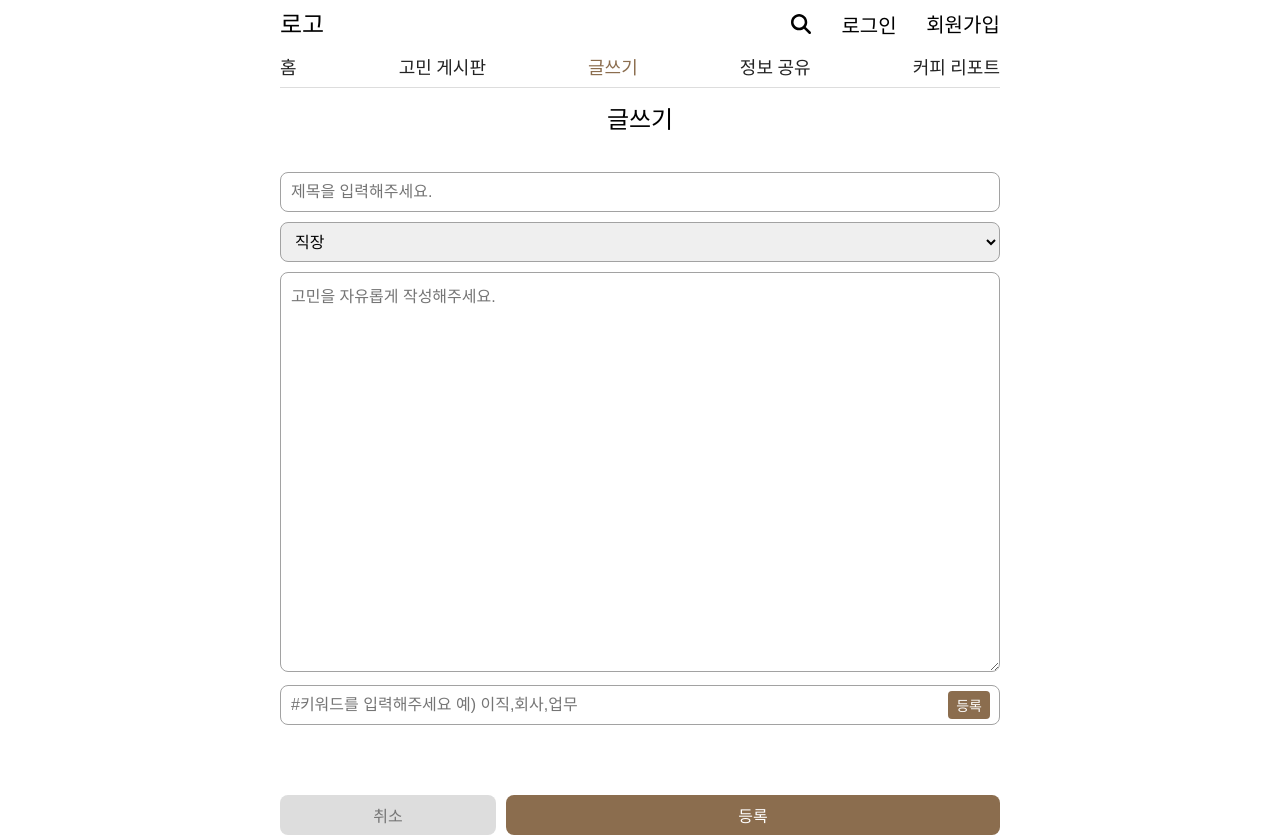
Repository: zlazlazla35/coffee
Page: /writing
These files come from the project's save history. The page is drawn as it stood at one moment and after the next save; the edit follows.
The browser window is 1280 px wide. The pictures show the whole page.
The page's requests for data from a server got no answer. Some web fonts or font styles are not loaded; a fallback is used. The project was rebuilt for these pictures with package versions that can differ from the ones it lists, and the page was loaded fresh each time. The framework's server and built-in components were replaced by stand-ins that run in the browser. No one was signed in, and anything a server would have sent is missing. Also part of the build but not shown: next.config.mjs, src/app/LogOutButton.js.

Above is the page before, as saved 2025-01-08 17:19:07.

### src/app/layout.js
import { Geist, Geist_Mono } from "next/font/google";
import "./globals.css";
import Link from "next/link";
import { FontAwesomeIcon } from '@fortawesome/react-fontawesome'
import { faMagnifyingGlass, faUser } from '@fortawesome/free-solid-svg-icons'
import NavMenu from "./component/NavMenu";
import LoginButton from "./LoginButton";
import { getServerSession } from "next-auth";
import { authOptions } from "../../pages/api/auth/[...nextauth]";
import LogOutButton from "./LogOutButton";

const geistSans = Geist({
  variable: "--font-geist-sans",
  subsets: ["latin"],
});

const geistMono = Geist_Mono({
  variable: "--font-geist-mono",
  subsets: ["latin"],
});

export const metadata = {
  title: "Create Next App",
  description: "Generated by create next app",
};




export default async function RootLayout({ children }) {


const loginData = await getServerSession(authOptions);




  return (
    <html lang="en">
      <body className={`${geistSans.variable} ${geistMono.variable}`}>
        <div className="nav_bar">
          <div className="nav_bar_top">
            <Link className="logo" href={'/'}>로고</Link>
            <div className="userBox">
              <button>
                <FontAwesomeIcon icon={faMagnifyingGlass} />
              </button>
                {
                  loginData == null ? <LoginButton/> : <LogOutButton/>
                }
                {
                  loginData == null ? <Link href={'/join'}>회원가입</Link> : null
                }
            </div>
          </div>
          <div className="nav_bar_bottom">
            <NavMenu></NavMenu>
          </div>
        </div>
        {children}
      </body>
    </html>
  );
}

### src/app/writing/page.js
'use client'

import { useState } from "react"


export default function Writing() {
    const option = [
        { value: 0, label: '직장' },
        { value: 1, label: '연애' },
        { value: 2, label: '취업/진로' },
        { value: 3, label: '가족' },
        { value: 4, label: '결혼/육아' },
        { value: 5, label: '친구' },
        { value: 6, label: '학업/고시' },
        { value: 7, label: '중독' },
        { value: 8, label: '사업/금전' },
        { value: 9, label: '질병/질환' }
    ]


    let [title, setTitle] = useState('');
    let [content, setContent] = useState('');
    let [time, setTime] = useState('');
    let [category, setCategory] = useState('');
    let [keyword, setKeyword] = useState('');
    let [keyword2, setKeyword2] = useState('');


    //현재 날짜
    const today = new Date();
    const formattedDate = `${today.getFullYear()}-${today.getMonth() + 1}-${today.getDate()}`;

    //현재시간 가져오기
    const currentTimer = () => {
        const hours = String(today.getHours()).padStart(2, "0");
        const minutes = String(today.getMinutes()).padStart(2, "0");
        setTime(`${hours}:${minutes}  `)
    }
    const startTimer = () => {
        setInterval(currentTimer, 1000)
    }
    startTimer()


    //카테고리 셀렉값 가져오기
    const handleSelect = (e) => {
        setCategory(e.target.value);
    };


    //키워드 반점 포함되어있는지 검사 후 배열로 변환
    const keyWordHandler = (keyword) => {
        const keyWord_regex = /,/;
        if (keyWord_regex.test(keyword)) {
            const str = keyword;
            const noSpaces = str.replace(/\s/g, '');
            const arr = noSpaces.split(",");
            setKeyword2(arr)
        } else {
            alert('예시에 맞게 작성해주세요.')
        }
    }





    return (
        <div className="writing">
            <h2 className="title">글쓰기</h2>
            <input type="text" name="name" placeholder="제목을 입력해주세요." onChange={(e) => {
                setTitle(e.target.value);
            }} />
            <select onChange={handleSelect} value={category}>
                {
                    option.map((data, i) => {
                        return (
                            <option key={i} value={data.label}>{data.label}</option>
                        )
                    })
                }
            </select>
            <textarea placeholder="고민을 자유롭게 작성해주세요." onChange={(e) => {
                setContent(e.target.value);
            }} />
            <div className="keyWord_box">
                <input type="text" placeholder="#키워드를 입력해주세요 예) 이직,회사,업무" onChange={(e) => { setKeyword(e.target.value) }} />
                <button className="keyWord_btn" type="submit" onClick={() => {
                    keyWordHandler(keyword);
                }}>등록</button>
            </div>
            <div className="bottom_butBox">
                <button className="back">취소</button>
                <button className="complete" type="submit" onClick={() => {
                    fetch('/api/auth/writing', {
                        method: 'POST',
                        body: JSON.stringify({
                            title: title,
                            content: content,
                            date: formattedDate,
                            time: time,
                            keyword: keyword2,
                            category: category
                        })
                    }).then((res) => {
                        return res.jon()
                    }).then((result) => {
                        alert(result)
                    })
                }}>등록</button>
            </div>
        </div>
    )
}

### src/app/globals.css
@font-face {
    font-family: 'Ownglyph_StudyHard-Rg';
    src: url('https://fastly.jsdelivr.net/gh/projectnoonnu/2411-3@1.0/Ownglyph_StudyHard-Rg.woff2') format('woff2');
    font-weight: normal;
    font-style: normal;
}
@import url(https://cdn.jsdelivr.net/gh/moonspam/NanumSquare@1.0/nanumsquare.css);
/* /styles/reset.css */
body {font-family: 'Ownglyph_StudyHard-Rg' !important;}
html, body, div, span, applet, object, iframe,
h1, h2, h3, h4, h5, h6, p, blockquote, pre,
a, abbr, acronym, address, big, cite, code,
del, dfn, em, img, ins, kbd, q, s, samp,
small, strike, strong, sub, sup, tt, var,
b, u, i, center,
dl, dt, dd, ol, ul, li,
fieldset, form, label, legend,
table, caption, tbody, tfoot, thead, tr, th, td,
article, aside, canvas, details, embed,
figure, figcaption, footer, header, hgroup,
menu, nav, output, ruby, section, summary,
time, mark, audio, video {
	margin: 0;
	padding: 0;
	border: 0;
	font-size: 100%;
	font: inherit;
	vertical-align: baseline;
}
/* HTML5 display-role reset for older browsers */
article, aside, details, figcaption, figure,
footer, header, hgroup, menu, nav, section {
	display: block;
}
body {
	line-height: 1;
}
ol, ul {
	list-style: none;
}
blockquote, q {
	quotes: none;
}
blockquote:before, blockquote:after,
q:before, q:after {
	content: '';
	content: none;
}
table {
	border-collapse: collapse;
	border-spacing: 0;
}
input:focus {outline: none;}
a {text-decoration: none; color: inherit;}

input {font-family: 'NanumSquare', sans-serif !important;}
textarea {font-family: 'NanumSquare', sans-serif !important;}
select {font-family: 'NanumSquare', sans-serif !important; outline: none !important;}

.nav_bar {width: 100%; max-width: 720px; margin: 0 auto;}
.nav_bar .nav_bar_top {width: 100%; display: flex; align-items: center; justify-content: space-between; box-sizing: border-box; padding: 10px 0; }
.nav_bar .nav_bar_top .logo {font-size: 24px; }
.nav_bar .nav_bar_top .userBox {display: flex; align-items: center; width: 50%; justify-content: flex-end;}
.nav_bar .nav_bar_top .userBox a {width: 100%;  max-width: 74px; font-size: 20px; text-align: center;}
.nav_bar .nav_bar_top .userBox .userLogin{font-size: 18px; margin-right: 10px;}
.nav_bar .nav_bar_top .userBox button {width: 100%; max-width: 22px; display: block; background: none; border: none; padding: 0;}
.nav_bar .nav_bar_top .userBox button {margin-right: 20px;}
.nav_bar .nav_bar_top .userBox button svg {font-size: 20px;}
.nav_bar .nav_bar_top .userBox button:last-child {margin-right: 0;}
.nav_bar .nav_bar_top .userBox button.loginBtn {width: 100%;  max-width: 74px; font-size: 20px; font-family: 'Ownglyph_StudyHard-Rg' !important;}
.nav_bar .nav_bar_bottom {width: 100%; }
.nav_bar .nav_bar_bottom .nav_list {display: flex; align-items: center; justify-content: space-between; box-sizing: border-box; padding: 10px 0; border-bottom: 1px solid #ddd;}
.nav_bar .nav_bar_bottom .nav_list li { font-size: 18px; color: #232323; }
.nav_bar .nav_bar_bottom .nav_list li a.active {color: #8b6d4e; }


.liset_page {width: 100%; max-width: 720px; margin: 0 auto;}
.liset_page .top_border {width: 100%; max-width: 650px; border: 2px solid #8b6d4e; border-radius: 12px; display: flex; align-items: center; justify-content: center; font-size: 16px; box-sizing: border-box; padding: 4px; margin: 20px auto 30px;}
.liset_page .tag {width: 100%;}
.liset_page .tag .tag_list {width: 100%; display: flex; align-items: center; white-space: nowrap; overflow-x: scroll;}
.liset_page .tag .tag_list::-webkit-scrollbar {height: 8px;}
.liset_page .tag .tag_list::-webkit-scrollbar-thumb {background: #a89f96; border-radius: 10px; }
.liset_page .tag .tag_list::-webkit-scrollbar-track {background: rgba(123, 87, 8, 0.1); }
.liset_page .tag .tag_list li {background: #ddd; font-size: 16px; box-sizing: border-box; padding: 4px 8px; border-radius: 12px; margin-right: 10px; cursor: pointer;}
.liset_page .tag .tag_list li:last-child {margin-right: 0;}
.liset_page .tag .tag_list li.on {background: #8b6d4e; color: #fff;}
.liset_page .filterBox {width: 100%; display: flex; align-items: center; justify-content: space-between;}
.liset_page .filterBox .filterSelectBox {display: flex; position: relative; border: 1px solid #8f8f8f; border-radius: 10px; width: 100%; max-width: 69px; height: 28px; align-items: center; justify-content: center; margin: 20px 0; cursor: pointer;}
.liset_page .filterBox .filterSelectBox .title {font-size: 16px; color: #8f8f8f;}
.liset_page .filterBox .filterSelectBox .title svg {font-size: 14px; margin-left: 4px;}
.liset_page .filterBox .filterSelectBox .filterSelect {position: absolute; left: 50%; top: 34px; width: 100%; transform: translateX(-50%); border-radius: 8px; overflow: hidden; background: #fff; z-index: 999;}
.liset_page .filterBox .filterSelectBox .filterSelect {width: 100%; box-shadow: 2px 2px 12px rgba(0, 0, 0, 0.2);}
.liset_page .filterBox .filterSelectBox .filterSelect li {width: 100%; text-align: center; box-sizing: border-box; padding: 6px 0; border-bottom: 1px solid #ddd; font-size: 16px; color: #8f8f8f;}
.liset_page .filterBox .tag_reset{display: inline-block; box-sizing: border-box; padding: 4px; border: 1px solid #8f8f8f; background: none; color: #8f8f8f; font-size: 14px; border-radius: 10px;}


.liset_page .list_card {width: 100%; box-sizing: border-box; padding: 10px; border: 1px solid #232323; border-radius: 12px; margin-bottom: 40px; cursor: pointer;}
.liset_page .list_card .list_card_top {width: 100%; display: flex; align-items: center; justify-content: space-between; margin-bottom: 20px;}
.liset_page .list_card .list_card_top .title {display: inline-block; box-sizing: border-box; padding: 6px 16px; font-size: 14px; background: #8b6d4e; color: #fff; border-radius: 4px;}
.liset_page .list_card .list_card_top .bookIcon {display: inline-block;}
.liset_page .list_card .list_card_top .bookIcon svg {font-size: 20px;}
.liset_page .list_card .userText {width: 100%;}
.liset_page .list_card .userText .userTitle {font-size: 20px; font-weight: 600; margin-bottom: 4px;}
.liset_page .list_card .userText .userId {font-size: 14px; color: #a2a2a2;}
.liset_page .list_card .userText .text {margin-top: 40px; font-size: 18px; white-space:pre-wrap ; text-overflow: ellipsis;    display: -webkit-box; -webkit-line-clamp: 3; -webkit-box-orient: vertical; overflow: hidden;}
.liset_page .list_card .list_card_bottom {width: 100%; display: flex; align-items: center; justify-content: space-between; margin-top: 40px;}
.liset_page .list_card .list_card_bottom .tag {display: flex; align-items: center;}
.liset_page .list_card .list_card_bottom .tag li {font-size: 16px; margin-right: 10px; color: #8b6d4e;}
.liset_page .list_card .list_card_bottom .comment {display: flex; align-items: center; justify-content: flex-end; font-size: 16px; color: #a2a2a2;}
.liset_page .list_card .list_card_bottom .comment  svg {font-size: 20px; margin-right: 4px; color: #8b6d4e;}



.writing {width: 100%; max-width: 720px; margin: 0 auto; text-align: center;}
.writing .title {font-size: 24px; margin: 20px 0 40px;}
.writing {width: 100%;}
.writing input {width: 100%; height: 40px; box-sizing: border-box; padding: 10px; font-size: 16px;  border-radius: 8px; border: 1px solid #a2a2a2;}
.writing .bottom_butBox {width: 100%; display: flex; align-items: center; justify-content: space-between; margin-top: 70px;}
.writing button.complete {width: calc(70% - 10px); height: 40px; background: #8b6d4e; color: #fff; font-size: 16px; border: none; border-radius: 8px; }
.writing button.back {width: 30%;  height: 40px; background: #ddd; color: #757575; font-size: 16px; border: none; border-radius: 8px; margin-right: 10px;}
.writing select {width: 100%; height: 40px; box-sizing: border-box; padding: 10px; font-size: 16px; margin: 10px 0; border-radius: 8px; border: 1px solid #a2a2a2;}
.writing textarea {width: 100%; height: 400px; box-sizing: border-box; padding: 10px; font-size: 16px; margin-bottom: 10px; border-radius: 8px; border: 1px solid #a2a2a2;}
.writing .keyWord_box {position: relative; margin-bottom: 10px;}
.writing .keyWord_box .keyWord_btn{position: absolute; right: 10px; top: 50%; transform: translateY(-50%); margin: 0; padding: 4px 8px; background: #8b6d4e; color: #fff; font-size: 14px; border: none; border-radius: 4px;}

### src/app/component/NavMenu.js
'use client'

import Link from "next/link";
import { usePathname } from "next/navigation";

export default function NavMenu() {
    const pathname = usePathname();

    return (
        <ul className="nav_list">
            <li>
                <Link href={'/'}>홈</Link>
            </li>
            <li>
                <Link className={pathname == '/list'? 'active' : null} href={'/list'}>고민 게시판</Link>
            </li>
            <li>
                <Link className={pathname == '/writing'? 'active' : null} href={'/writing'}>글쓰기</Link>
            </li>
            <li>
                <Link className={pathname == '/share'? 'active' : null} href={'/share'}>정보 공유</Link>
            </li>
            <li>
                <Link className={pathname == '/report'? 'active' : null} href={'/report'}>커피 리포트</Link>
            </li>
        </ul>
    )
}

### src/app/LoginButton.js
"use client";
import { signIn } from "next-auth/react";
import { FontAwesomeIcon } from '@fortawesome/react-fontawesome'
import { faUser } from '@fortawesome/free-solid-svg-icons'


export default function LoginButton() {
    return (
        <button className="loginBtn" onClick={() => { signIn(); }}>
            로그인
        </button>
    )
}

### pages/api/auth/[...nextauth].js

import { connectDB } from "../../../utill/database";
import { MongoDBAdapter } from "@next-auth/mongodb-adapter";
import NextAuth, { getServerSession } from "next-auth";
import GithubProvider from "next-auth/providers/github";
import CredentialsProvider from "next-auth/providers/credentials";
import bcrypt from "bcrypt";






export const authOptions = {


  providers: [
    GithubProvider({
      clientId: 'Ov23liQhKFsCYfEF01pm',
      clientSecret: '1b2a947c09b799f2f4cdc959298391cf7b81e72f',
    }),

    CredentialsProvider({
      //1. 로그인페이지 폼 자동생성해주는 코드
      name: "credentials",
      credentials: {
        email: { label: "email", type: "text" },
        password: { label: "password", type: "password" },
      },

      //2. 로그인요청시 실행되는코드
      //직접 DB에서 아이디,비번 비교하고
      //아이디,비번 맞으면 return 결과, 틀리면 return null 해야함
      async authorize(credentials) {
        let db = (await connectDB).db('coffee');
        let user = await db.collection('user_cred').findOne({ email: credentials.email })
        if (!user) {
          console.log('가입되어있는 이메일이 없습니다.');
          return null
        }
        const pwcheck = await bcrypt.compare(credentials.password, user.password);
        if (!pwcheck) {
          console.log('비밀번호를 확인해주세요.');
          return null
        }
        return user
      }
    })
  ],

  //3. jwt 써놔야 잘됩니다 + jwt 만료일설정
  session: {
    strategy: 'jwt',
    maxAge: 30 * 24 * 60 * 60 //30일
  },


  callbacks: {
    //4. jwt 만들 때 실행되는 코드
    //user변수는 DB의 유저정보담겨있고 token.user에 뭐 저장하면 jwt에 들어갑니다.
    jwt: async ({ token, user }) => {
      if (user) {
        token.user = {};
        token.user.name = user.name
        token.user.email = user.email
      }
      return token;
    },
    //5. 유저 세션이 조회될 때 마다 실행되는 코드
    session: async ({ session, token }) => {
      session.user = token.user;
      return session;
    }

  },







  adapter: MongoDBAdapter(connectDB),
  secret: process.env.NEXTAUTH_SECRET ,
};
export default NextAuth(authOptions);

### utill/database.js
import { MongoClient } from 'mongodb'
const url = 'mongodb+srv://admin:aabbcc2376@cluster0.m6lqa.mongodb.net/?retryWrites=true&w=majority&appName=Cluster0'
let connectDB

if (process.env.NODE_ENV === 'development') {
    if (!global._mongo) {
        global._mongo = new MongoClient(url).connect()
    }
    connectDB = global._mongo
} else {
    connectDB = new MongoClient(url).connect()
}

export { connectDB }

After the next save:
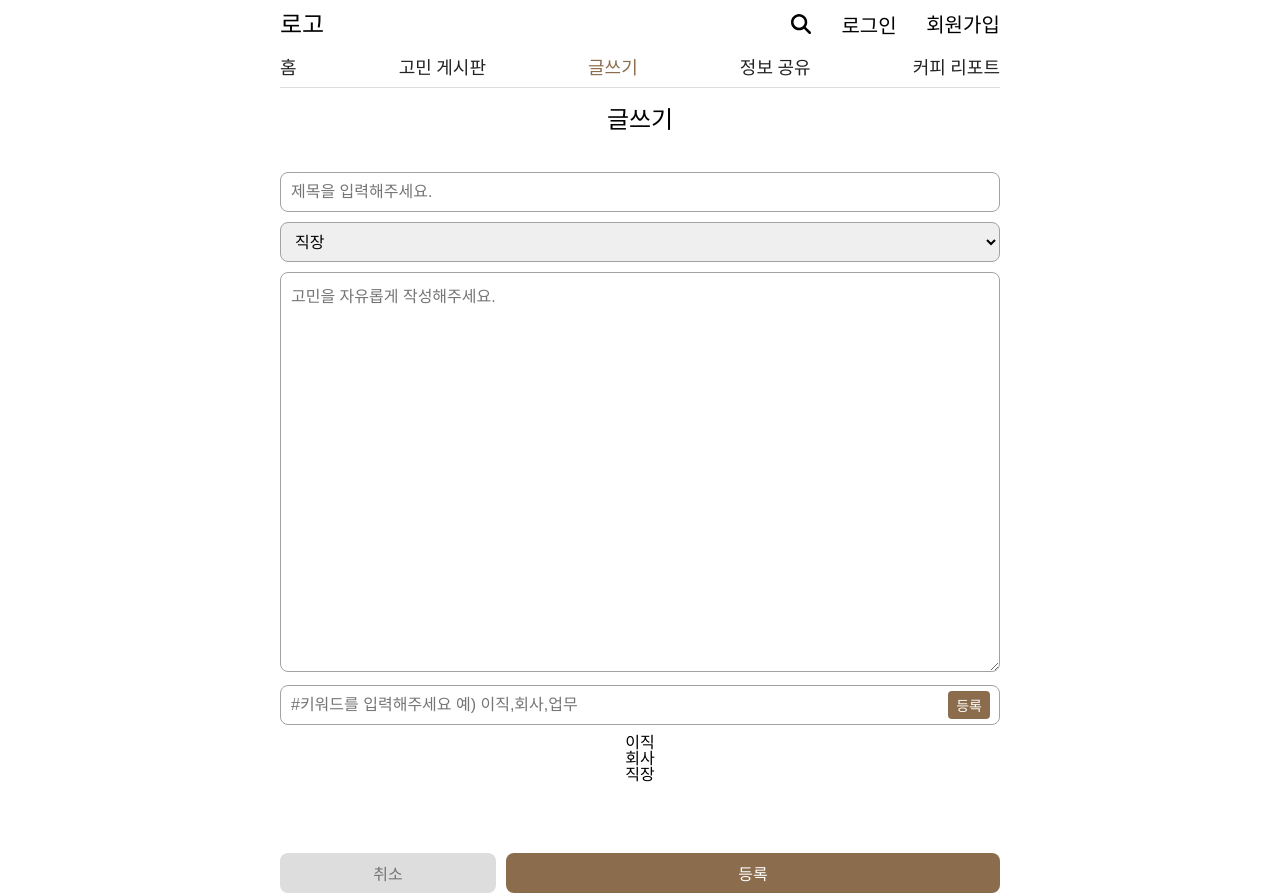
Saved 52 s later.
--- a/src/app/writing/page.js
+++ b/src/app/writing/page.js
@@ -89,6 +89,11 @@ export default function Writing() {
                     keyWordHandler(keyword);
                 }}>등록</button>
             </div>
+            <ul className="keyWord_tag">
+                <li>이직</li>
+                <li>회사</li>
+                <li>직장</li>
+            </ul>
             <div className="bottom_butBox">
                 <button className="back">취소</button>
                 <button className="complete" type="submit" onClick={() => {
